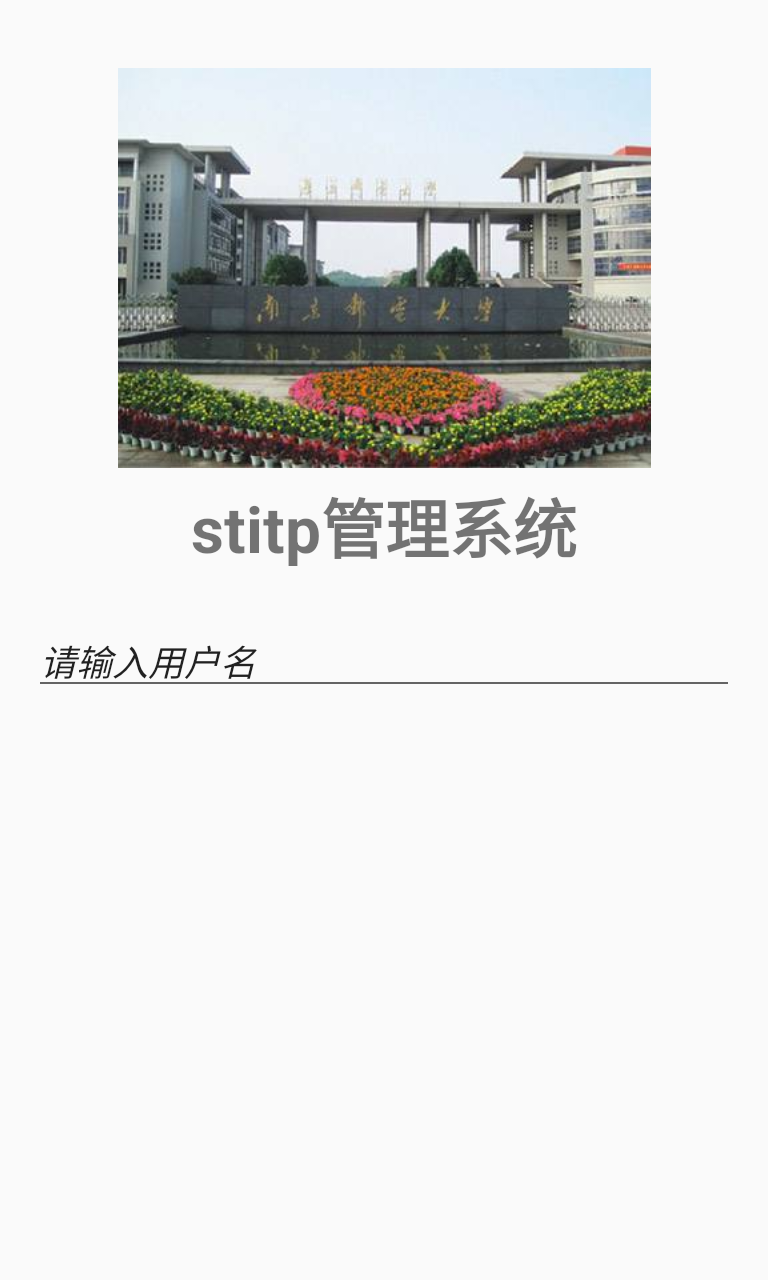
Repository: weizhaopeng/zhou_stitp
Layout: workspace/zhou/res/layout/fragment_main.xml
An editor plug-in stored every save of this project. The layout is shown before and after a run of saves, followed by the edit.
It is drawn on a 768 x 1280 px phone screen (xhdpi) without system bars, with theme AppTheme; the app's code is not run.

Above is the layout before, as saved 2018-11-28 03:04:38.

### workspace/zhou/res/layout/fragment_main.xml
<RelativeLayout xmlns:android="http://schemas.android.com/apk/res/android"
    xmlns:tools="http://schemas.android.com/tools"
    android:layout_width="match_parent"
    android:layout_height="match_parent"
    android:paddingBottom="@dimen/activity_vertical_margin"
    android:paddingLeft="@dimen/activity_horizontal_margin"
    android:paddingRight="@dimen/activity_horizontal_margin"
    android:paddingTop="@dimen/activity_vertical_margin"
    tools:context="com.example.zhou.MainActivity$PlaceholderFragment" >

	<LinearLayout
	    android:layout_width="match_parent"
	    android:layout_height="wrap_content"
	    android:layout_alignParentTop="true"
	    android:layout_centerHorizontal="true"
	    android:layout_marginTop="18dp"
	    android:orientation="vertical" >

	    <ImageView
	        android:id="@+id/main_njupt"
	        android:contentDescription="主界面中的南邮图片"
	        android:layout_width="match_parent"
	        android:layout_height="wrap_content"
	        android:src="@drawable/njupt" />

	    <TextView
	        android:id="@+id/main_title"
	        android:layout_width="wrap_content"
	        android:layout_height="wrap_content"
	        android:layout_gravity="center"
	        android:layout_marginTop="5dp"
	        android:text="@string/main_title"
	        android:textSize="32sp"
	        android:textStyle="bold" />

	    <EditText
	        android:id="@+id/main_input1"
	        android:layout_width="match_parent"
	        android:layout_height="wrap_content"
	        android:layout_alignLeft="@+id/main_njupt"
	        android:layout_below="@+id/main_title"
	        android:layout_marginTop="21dp"
	        android:ems="10"

	        android:text="@string/main_username"
	        android:textStyle="italic"
	        android:textColorHighlight="@android:color/darker_gray">

	    </EditText>
	</LinearLayout>

</RelativeLayout>

### workspace/zhou/res/values/strings.xml
<?xml version="1.0" encoding="utf-8"?>
<resources>

    <string name="app_name">zhou</string>
    <string name="main_title">stitp管理系统</string>
    <string name="action_settings">Settings</string>
	<string name="main_username">请输入用户名</string>
</resources>

Loaded but not shown: workspace/zhou/res/values/styles.xml (common file); workspace/zhou/res/values-v11/styles.xml (common file); workspace/zhou/res/values-v14/styles.xml (common file); workspace/zhou/res/values/dimens.xml (common file); workspace/zhou/res/values-w820dp/dimens.xml (common file)

After the next 3 saves:
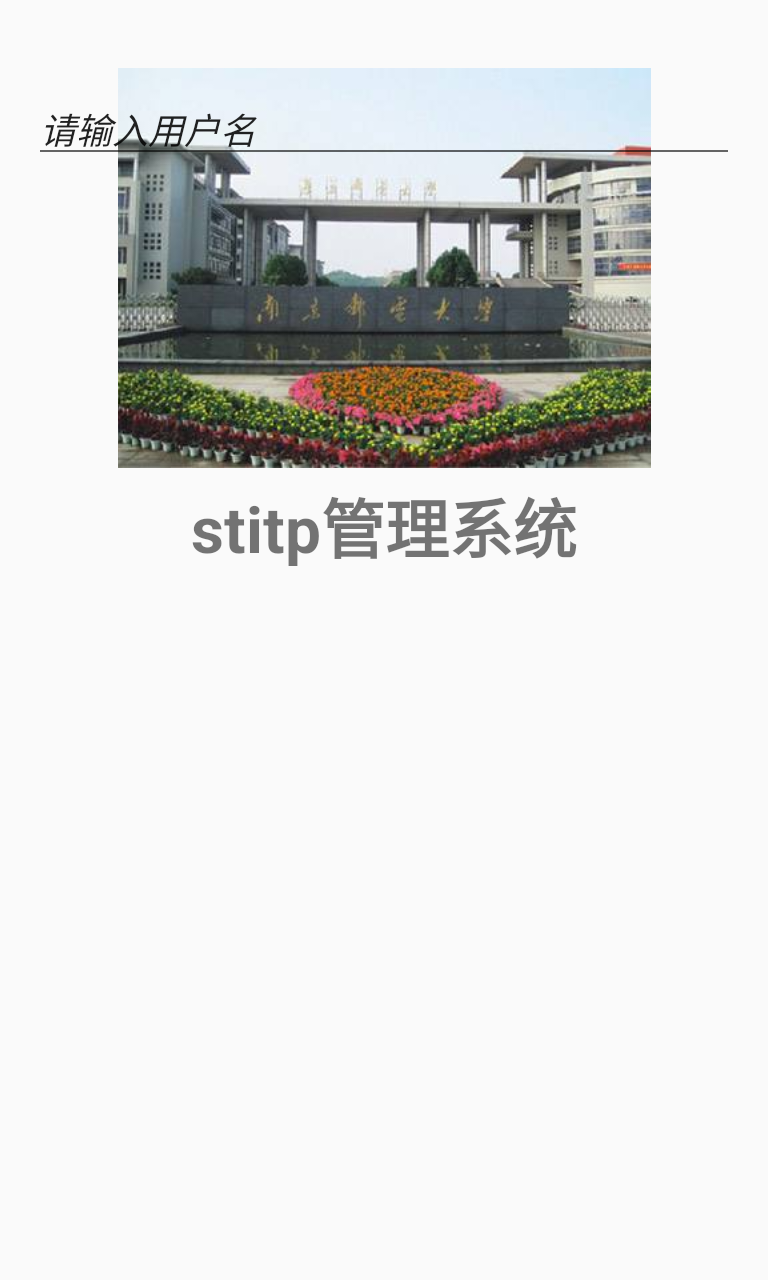
The 3 saves are shown as one change because 2 did not build or start.
The last was saved 2 min 55 s later.
--- a/workspace/zhou/res/layout/fragment_main.xml
+++ b/workspace/zhou/res/layout/fragment_main.xml
@@ -32,7 +32,12 @@
 	        android:text="@string/main_title"
 	        android:textSize="32sp"
 	        android:textStyle="bold" />
-
+	</LinearLayout>
+	<LinearLayout
+	    android:id="@+id/main_input"
+	    android:layout_width="match_parent"
+	    android:layout_height="wrap_content"
+	    android:layout_marginTop="4dp">
 	    <EditText
 	        android:id="@+id/main_input1"
 	        android:layout_width="match_parent"
@@ -43,8 +48,7 @@
 	        android:ems="10"
 
 	        android:text="@string/main_username"
-	        android:textStyle="italic"
-	        android:textColorHighlight="@android:color/darker_gray">
+	        android:textStyle="italic">
 
 	    </EditText>
 	</LinearLayout>
